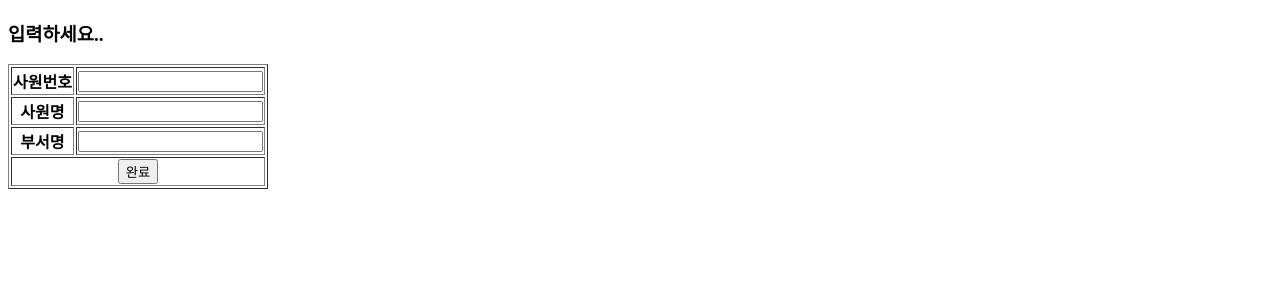
Repository: Mildous/HKIT-BackendClass
Page: http://localhost/jspExam/Q5_input.jsp
These files come from the project's save history. The page is drawn as it stood at one moment and after the next save; the edit follows.
The browser window is 1280 px wide. The pictures show the whole page.
The page is served by Tomcat 9.

Above is the page before, as saved 2022-08-25 05:46:25.

### workspace/jsp/jspExam/WebContent/Q5_input.jsp
<%@ page language="java" contentType="text/html; charset=UTF-8"
    pageEncoding="UTF-8"%>
<!DOCTYPE html>
<html>
<head>
<meta charset="UTF-8">
<title>문제5</title>
</head>
<body>
<form name="inputForm" method="post" action="Q5_output.jsp">
<h3>입력하세요..</h3>
<table border="1">
	<tr>
		<th>사원번호</th>
		<td><input type="text" name="emp_no"></td>
	</tr>
	<tr>
		<th>사원명</th>
		<td><input type="text" name="emp_name"></td>
	</tr>
	<tr>
		<th>부서명</th>
		<td><input type="text" name="dep_name"></td>
	</tr>
	<tr>
		<td colspan="2" align="center">
			<button type="button" onClick="submit()">완료</button>
		</td>
	</tr>
</table>
</form>
</body>
</html>

After the next save:
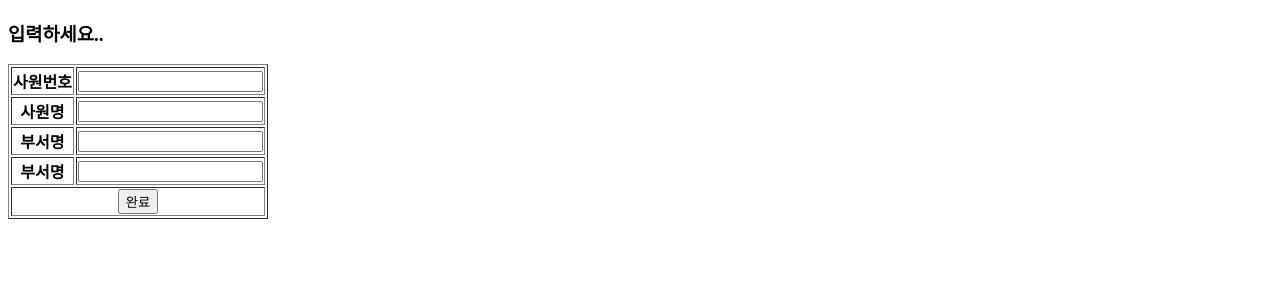
Saved 5 s later.
--- a/workspace/jsp/jspExam/WebContent/Q5_input.jsp
+++ b/workspace/jsp/jspExam/WebContent/Q5_input.jsp
@@ -23,6 +23,10 @@
 		<td><input type="text" name="dep_name"></td>
 	</tr>
 	<tr>
+		<th>부서명</th>
+		<td><input type="text" name="dep_name"></td>
+	</tr>
+	<tr>
 		<td colspan="2" align="center">
 			<button type="button" onClick="submit()">완료</button>
 		</td>
